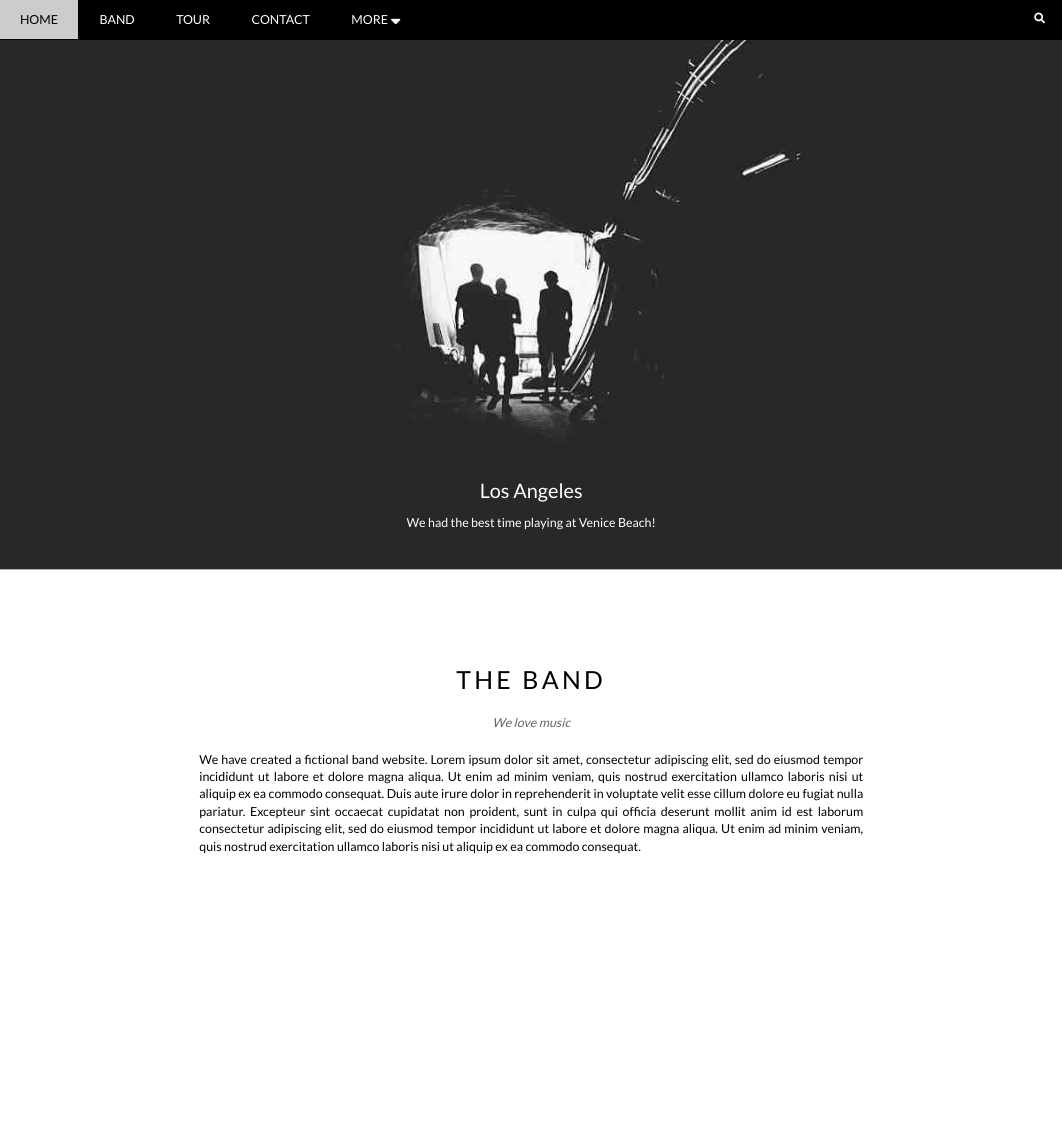
Repository: nguyenthaicong265/w3-band
Page: index.html
The author's editor kept a copy of each file at every save. The page is drawn from the files as they stood at one save, then again after the next save.
The browser window is 1280 px wide. The pictures show the whole page, at 83% of full size.

Above is the page before, as saved 2021-12-28 16:56:33.

After the next save:
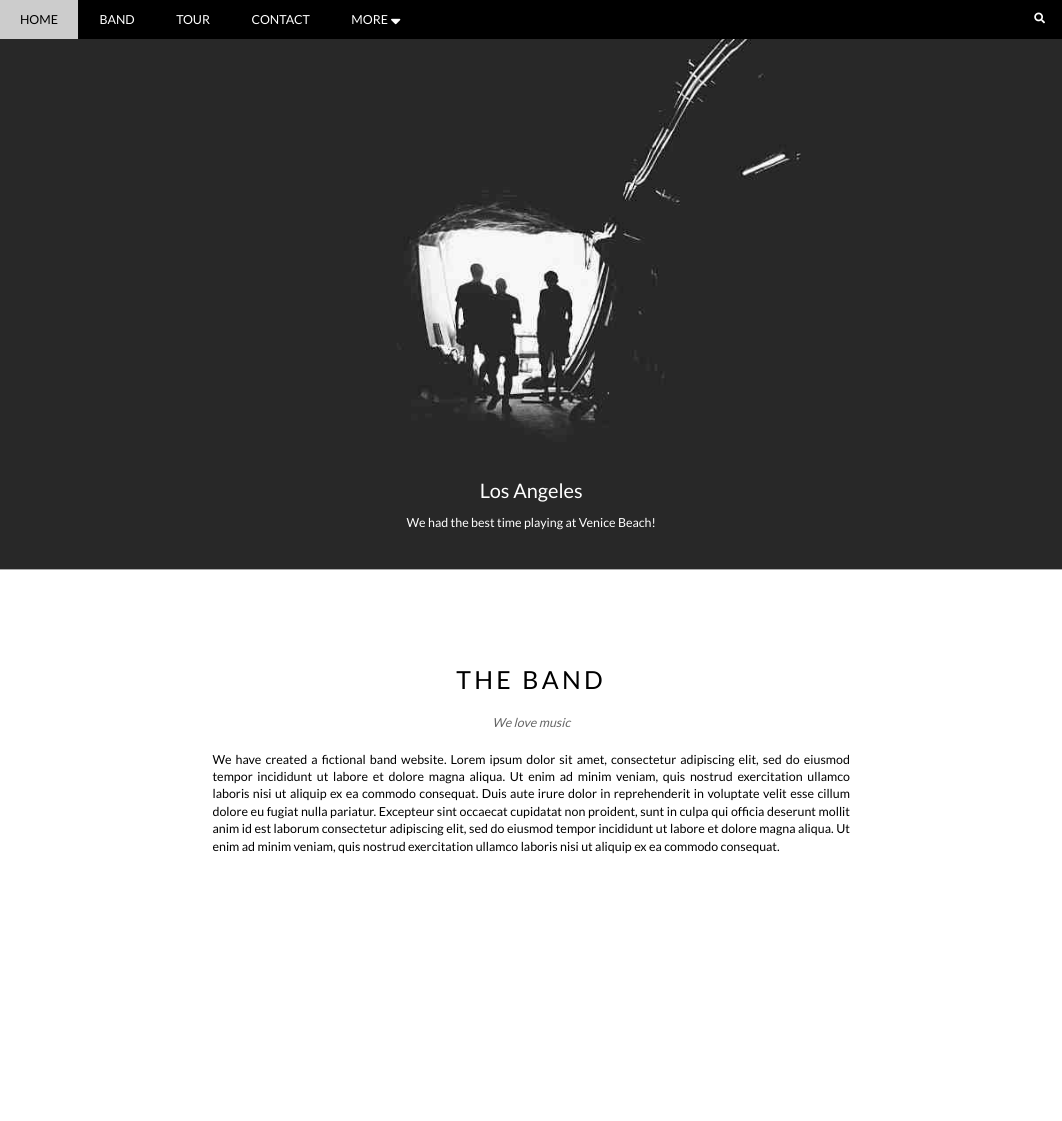
Saved 64 s later.
--- a/assets/css/styles.css
+++ b/assets/css/styles.css
@@ -127,7 +127,7 @@ html {
 
 #content .content-section {
     width: 800px;
-    padding: 64px 0 ;
+    padding: 64px 16px ;
     margin-left: auto;
     margin-right: auto;
 }
